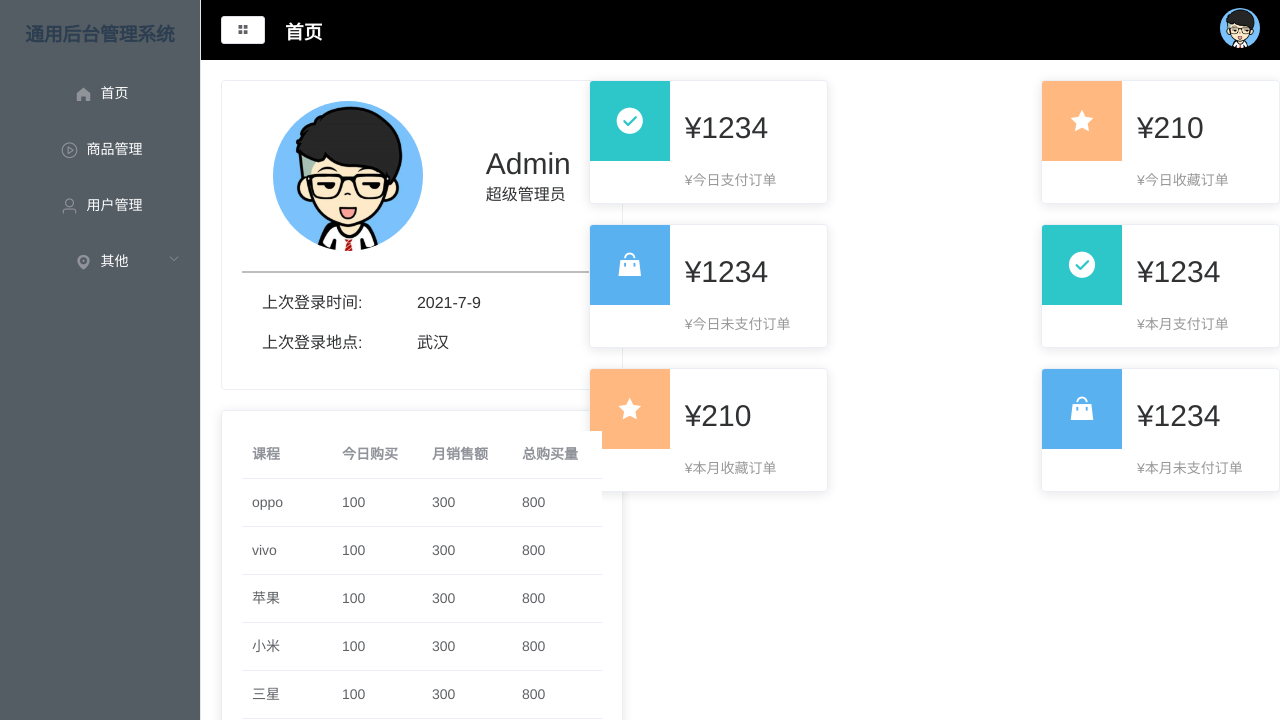
Repository: 385841539/VueStudy
Page: / (app in vue_cli/)
An editor plug-in stored every save of this project. The page is shown before and after the next save, followed by the edit.
The browser window is 1280 px wide. The pictures show the whole page.
An inner scrolling area shows only its first screen. The project was rebuilt for these pictures with package versions that can differ from the ones it lists, and the page was loaded fresh each time. Also part of the build but not shown: vue_cli/vue.config.js.

Above is the page before, as saved 2022-01-13 14:57:48.

After the next save:
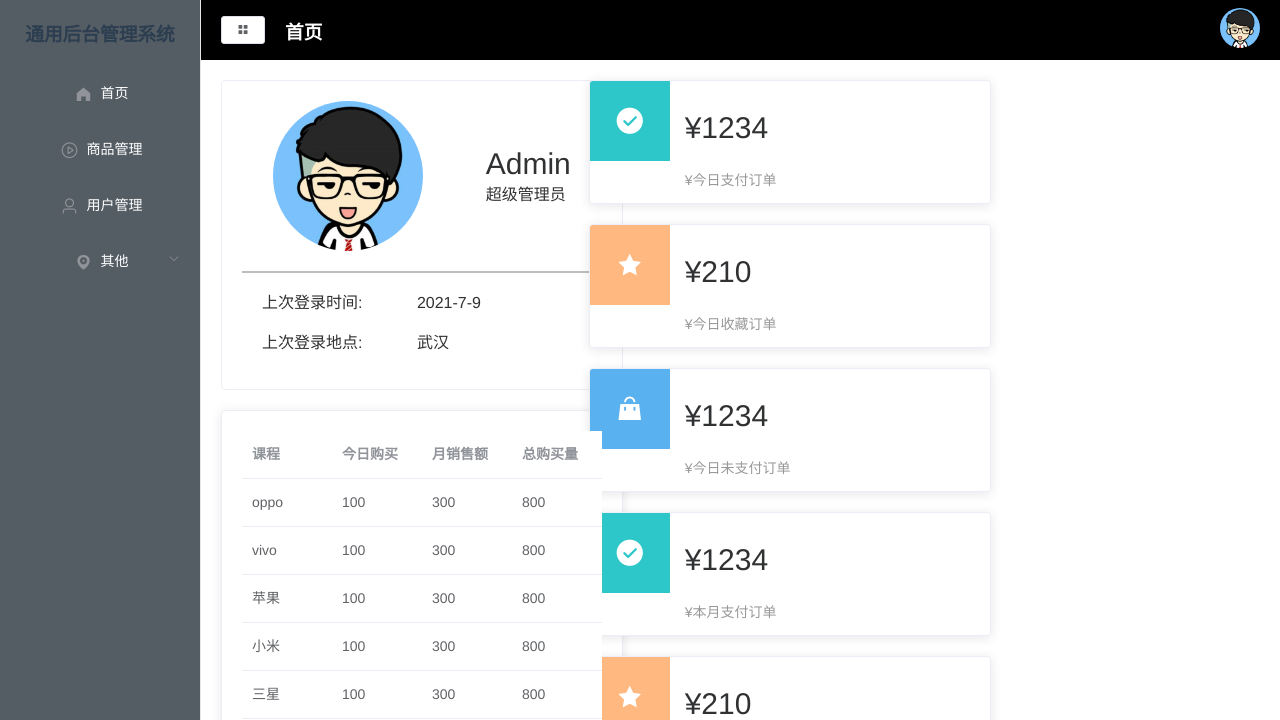
Saved 17 s later.
--- a/vue_cli/src/views/Home/Home.vue
+++ b/vue_cli/src/views/Home/Home.vue
@@ -199,7 +199,7 @@ export default {
   flex-wrap: wrap;
   justify-content: space-between;
   .el-card {
-    width: 33.3333%;
+    // width: 33.3333%;
     margin-bottom: 20px;
   }
   .icon {
